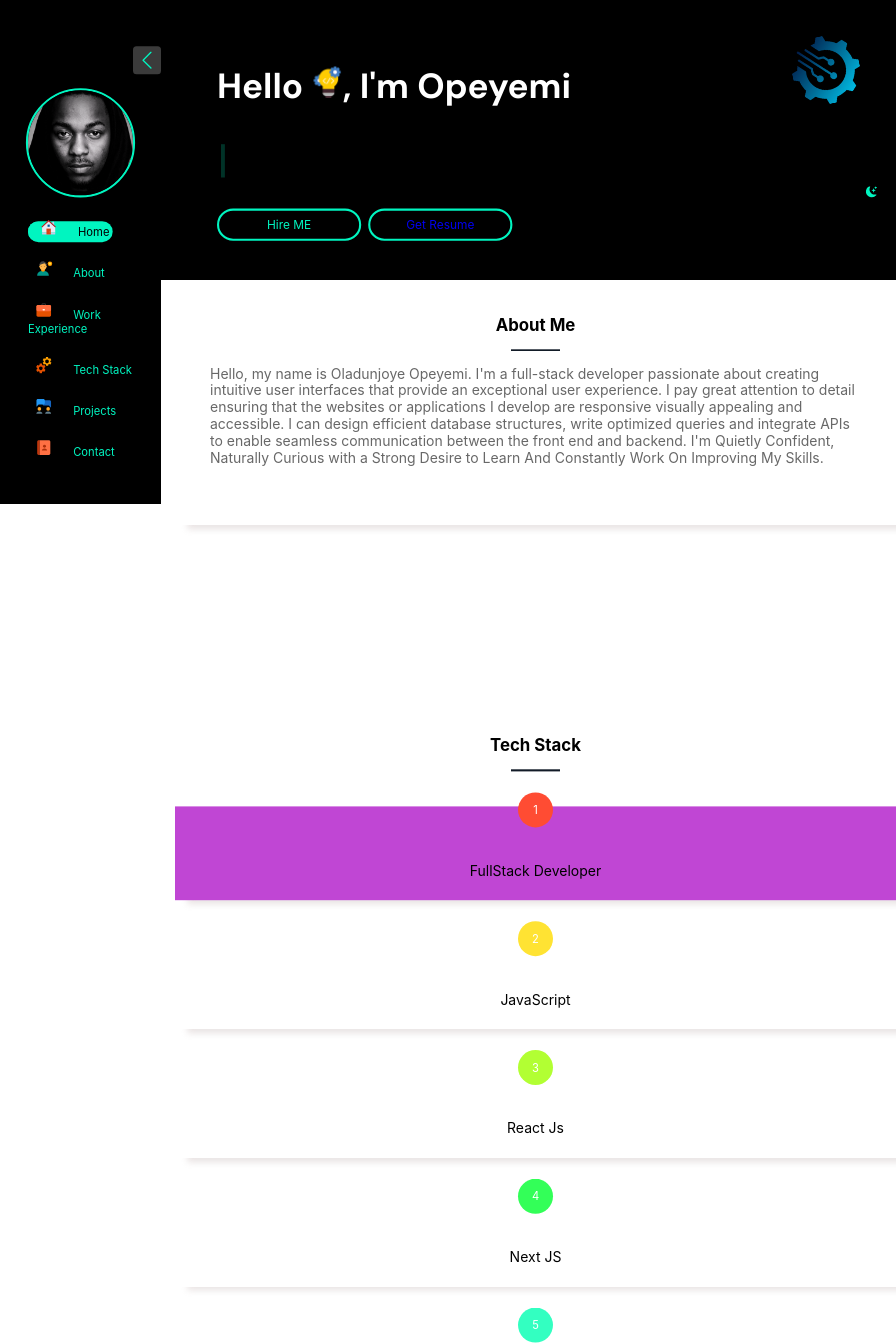
Repository: Laoye99/portfolio
Page: /
These files come from the project's save history. The page is drawn as it stood at one moment and after a run of saves; the edit follows.
The browser window is 1280 px wide. The pictures show the part of the page from y = 0 to 1920 px (the page is 2877 px tall), at 70% of full size.
The project was rebuilt for these pictures with package versions that can differ from the ones it lists, and the page was loaded fresh each time. Imported but missing from the stored project, and not drawn on this page: src/components/Home/MyResume.pdf.

Above is the page before, as saved 2024-02-15 15:00:30.

After the next 4 saves:
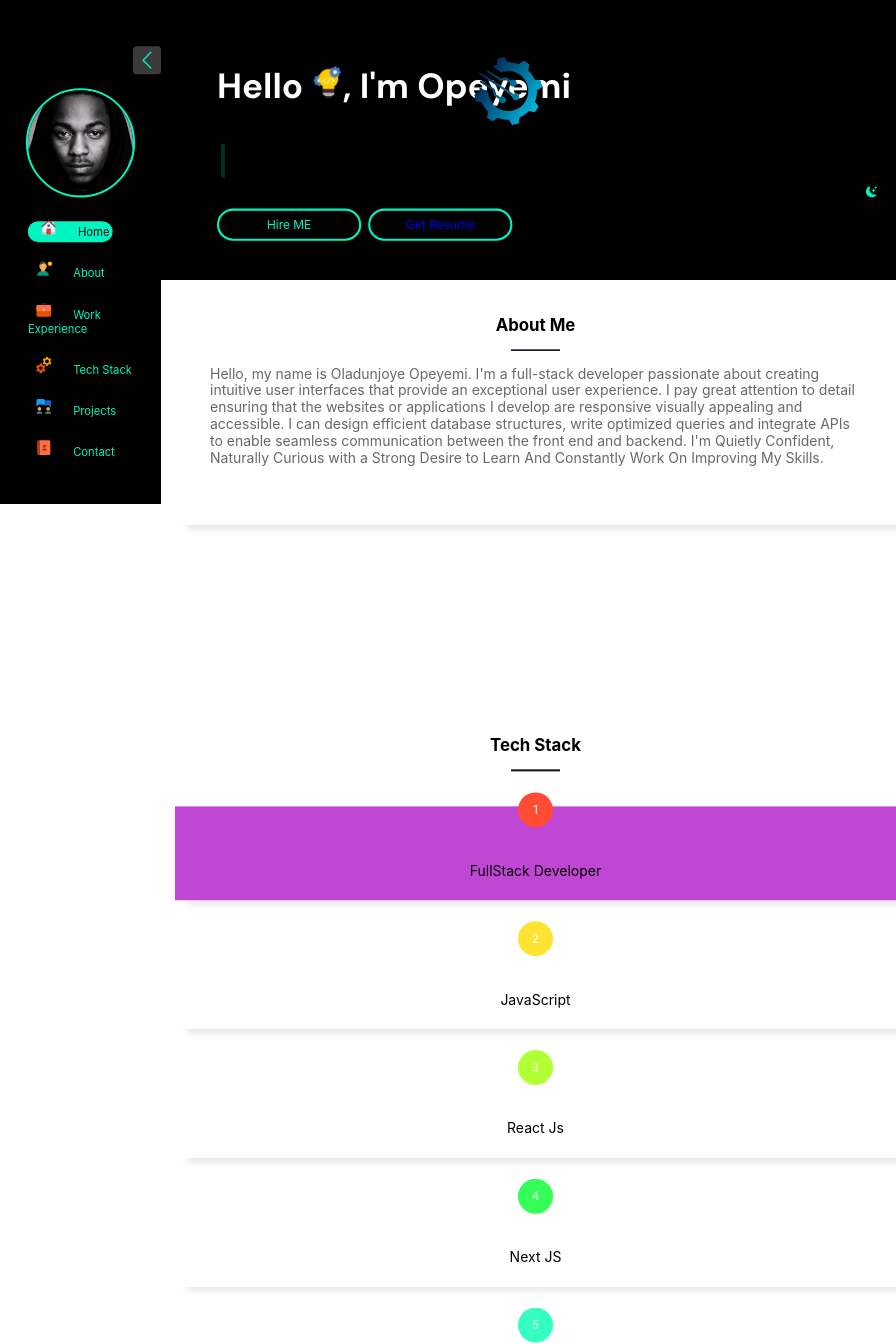
The 4 saves are shown as one change because they came seconds apart.
The last was saved 14 s later.
--- a/src/components/Home/Home.js
+++ b/src/components/Home/Home.js
@@ -56,8 +56,8 @@ const Home = ({theme, changeTheme}) => {
             </div>
         </div>
         </Fade>
+        <img className='automation' alt='automation' src={automation}/>
         </div>
-        <img className='automation' alt='automation' src={automation}/>
         </div>
     )
 
